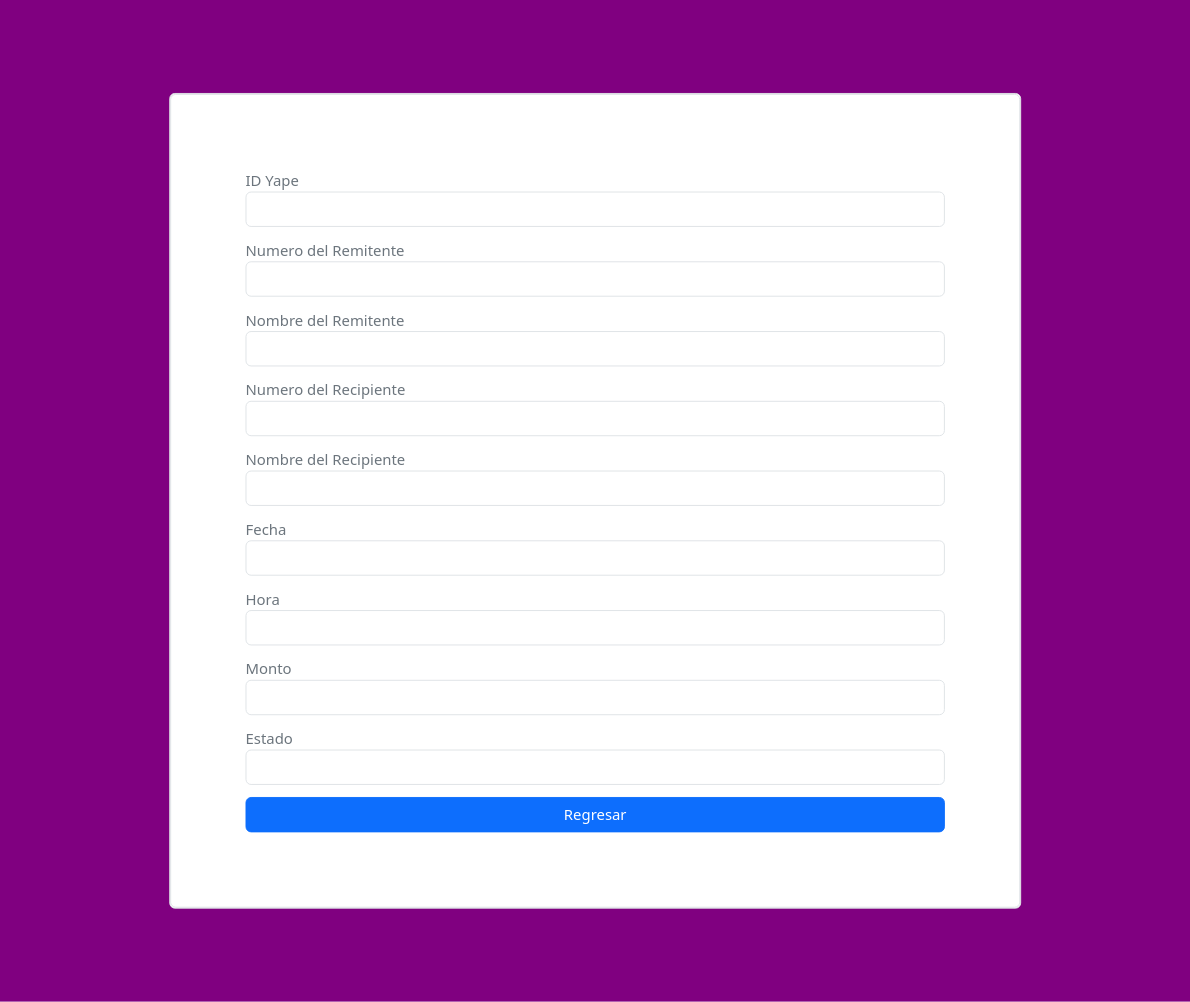
Repository: Gimblet/LP1_Proyecto_Yape
Page: http://localhost/Yape/YapeInfo.jsp
These files come from the project's save history. The page is drawn as it stood at one moment and after the next save; the edit follows.
The browser window is 1280 px wide. The pictures show the whole page, at 93% of full size.
The page is served by Tomcat 9. Other server files are loaded and not shown.

Above is the page before, as saved 2024-05-04 17:54:55.

### Yape/src/main/webapp/YapeInfo.jsp
<%@page import="data.ClaseUtilitaria"%>
<%@ page language="java" contentType="text/html; charset=ISO-8859-1"
    pageEncoding="ISO-8859-1"%>
<%
	ClaseUtilitaria item = null;
	if(request.getAttribute("infoYape") != null) {
		item = (ClaseUtilitaria) request.getAttribute("infoYape");
	}
%>
<!DOCTYPE html>
<html>
<head>
	<meta charset="ISO-8859-1">
	<link href="Resources/bootstrap.min.css" rel="stylesheet">
	<title>Informacion de Yape</title>
	<style>
		main{
			margin: 100px;
			background-color: white;
		}

		body{
			background-color: purple;
		}

		form{
			display: flex;
			flex-direction: column;
			padding: 80px;
			gap: 13px;
		}

	</style>
</head>
<body>
<div class="container">
	<main class="border rounded">
		<form action="Servlet" method="post" class="border rounded">
			<div class="form-group">
				<label class="text-secondary">ID Yape</label>
				<input class="form-control" type="text" name="txtYapeId" value="<%= (item != null)? item.getIdYape():"" %>">
			</div>
			<div class="form-group">
				<label class="text-secondary">Numero del Remitente</label>
				<input class="form-control" type="text" name="txtNumeroRemitente" value="<%= (item != null)? item.getNumeroRemitente():"" %>">
			</div>
			<div class="form-group">
				<label class="text-secondary">Nombre del Remitente</label>
				<input class="form-control" type="text" name="txtNombreRemitente" value="<%= (item != null)? item.getNombreRemitente():"" %>">
			</div>
			<div class="form-group">
				<label class="text-secondary">Numero del Recipiente</label>
				<input class="form-control" type="text" name="txtNumeroRecipiente" value="<%= (item != null)? item.getNumeroRecipiente():"" %>">
			</div>
			<div class="form-group">
				<label class="text-secondary">Nombre del Recipiente</label>
				<input class="form-control" type="text" name="txtNombreRecipiente" value="<%= (item != null)? item.getNombreRecipiente():"" %>">
			</div>
			<div class="form-group">
				<label class="text-secondary">Fecha</label>
				<input class="form-control" type="text" name="txtFecha" value="<%= (item != null)? item.getFecha():"" %>">
			</div>
			<div class="form-group">
				<label class="text-secondary">Hora</label>
				<input class="form-control" type="text" name="txtDocente" value="<%= (item != null)? item.getHora():"" %>">
			</div>
			<div class="form-group">
				<label class="text-secondary">Monto</label>
				<input class="form-control" type="text" name="txtDocente" value="<%= (item != null)? item.getMontoRecipiente():"" %>">
			</div>
			<div class="form-group">
				<label class="text-secondary">Estado</label>
				<input class="form-control" type="text" name="txtEstado" value="<%= (item != null)? item.getEstado():"" %>">
			</div>
			<a href="Servlet?type=Volver" class="btn btn-primary">Regresar</a>
		</form>
	</main>
</div>
</body>
</html>

Loaded but not shown: Yape/src/main/webapp/Resources/bootstrap.min.css (library)

After the next save:
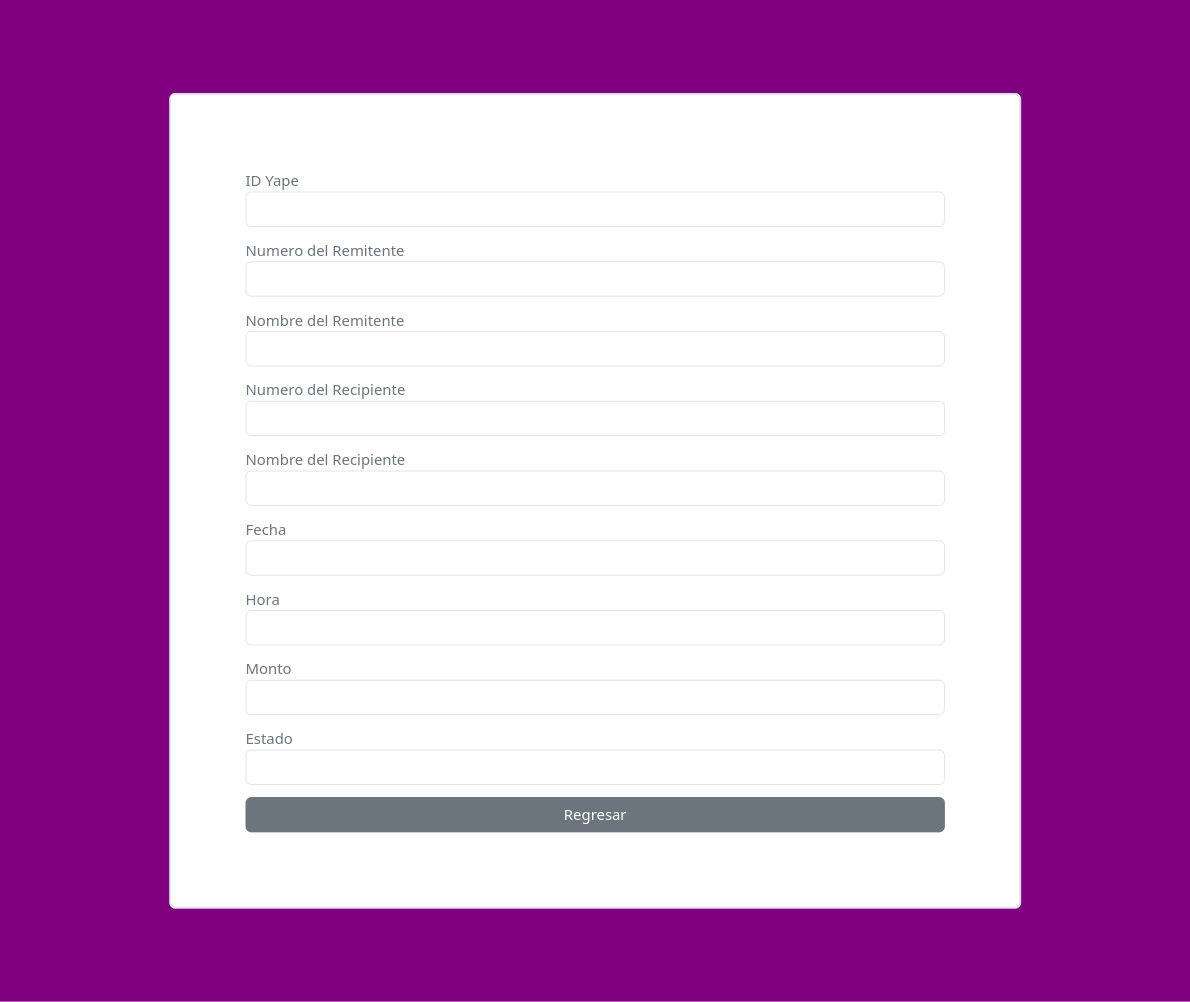
Saved 61 s later.
--- a/Yape/src/main/webapp/YapeInfo.jsp
+++ b/Yape/src/main/webapp/YapeInfo.jsp
@@ -72,7 +72,7 @@
 				<label class="text-secondary">Estado</label>
 				<input class="form-control" type="text" name="txtEstado" value="<%= (item != null)? item.getEstado():"" %>">
 			</div>
-			<a href="Servlet?type=Volver" class="btn btn-primary">Regresar</a>
+			<a href="Servlet?type=Volver" class="btn btn-secondary">Regresar</a>
 		</form>
 	</main>
 </div>
